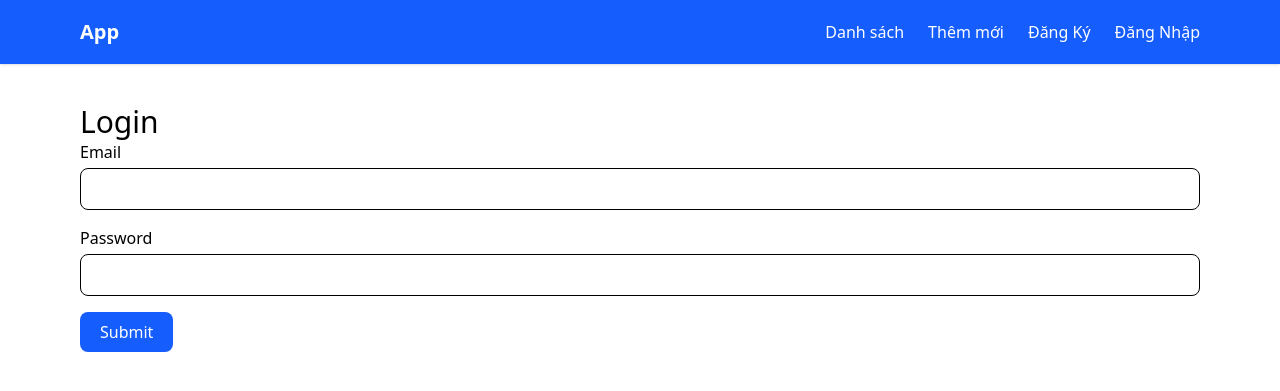
Repository: DODUCHUY195/Lap_Trinh_TypeScript
Page: /login
The author's editor kept a copy of each file at every save. The page is drawn from the files as they stood at one save, then again after the next save.
The browser window is 1280 px wide. The pictures show the whole page.
The project was rebuilt for these pictures with package versions that can differ from the ones it lists, and the page was loaded fresh each time. Also part of the build but not shown: vite.config.ts, src/pages/List.tsx, src/pages/Add.tsx, src/pages/Edit.tsx, src/components/layoutAdmin.tsx.

Above is the page before, as saved 2026-01-28 19:28:59.

After the next save:
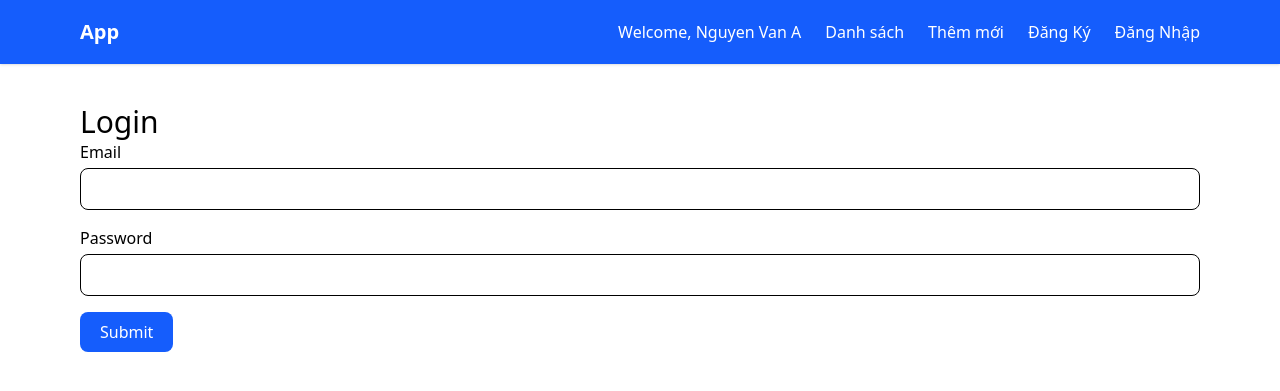
Saved 11 s later.
--- a/src/App.tsx
+++ b/src/App.tsx
@@ -27,7 +27,7 @@ function App() {
 
           <div className="flex items-center space-x-6">
             {user ? (<>
-
+            <span>Welcome, {user.name}</span>
             </>) : (<></>)}
             <Link to="/" className="hover:text-gray-200">
               Danh sách
